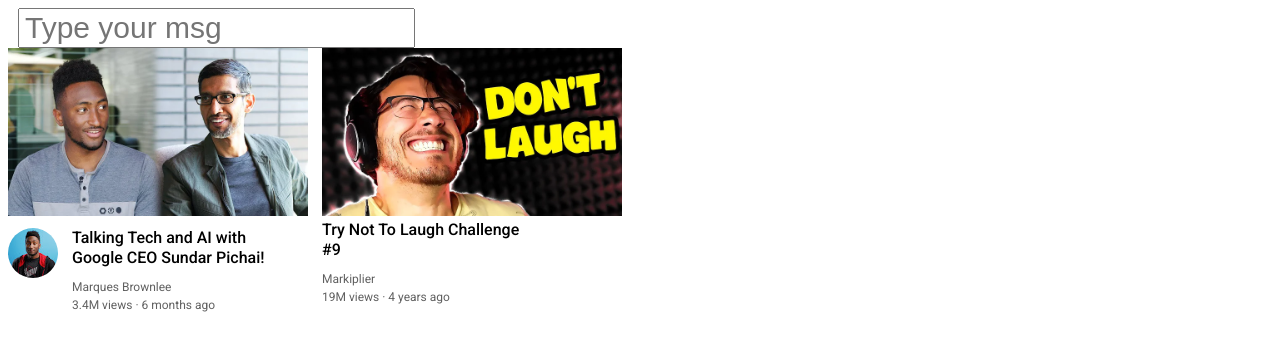
Repository: RagulRanjeeth/Frontend
Page: CloneYoutube/index.html
An editor plug-in stored every save of this project. The page is shown before and after the next save, followed by the edit.
The browser window is 1280 px wide. The pictures show the whole page.

Above is the page before, as saved 2026-01-23 15:23:19.

After the next save:
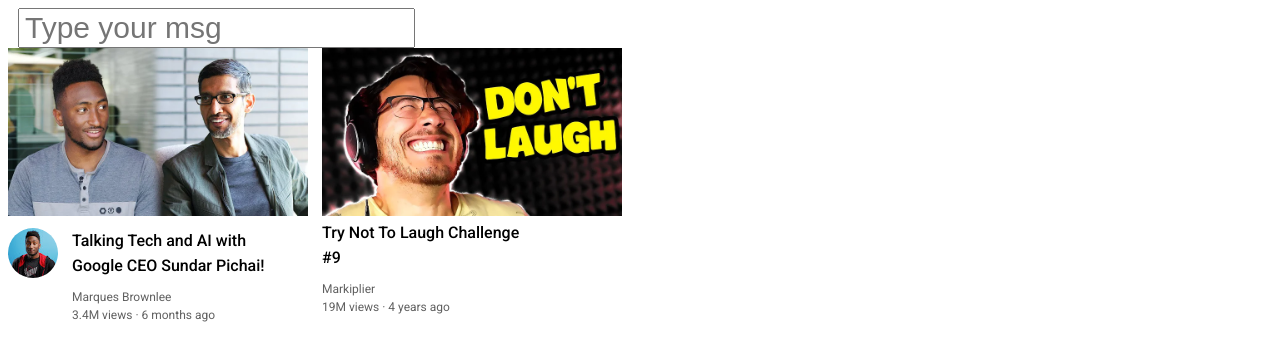
Saved 7 s later.
--- a/CloneYoutube/Styles.css
+++ b/CloneYoutube/Styles.css
@@ -22,7 +22,7 @@
     font-weight: 500;
     color: rgb(0, 0, 0);
     width: 200px;
-    line-height:20px;
+    line-height:25px;
     margin-bottom: 5px;
     margin-top:0px;
 

After the save that followed:
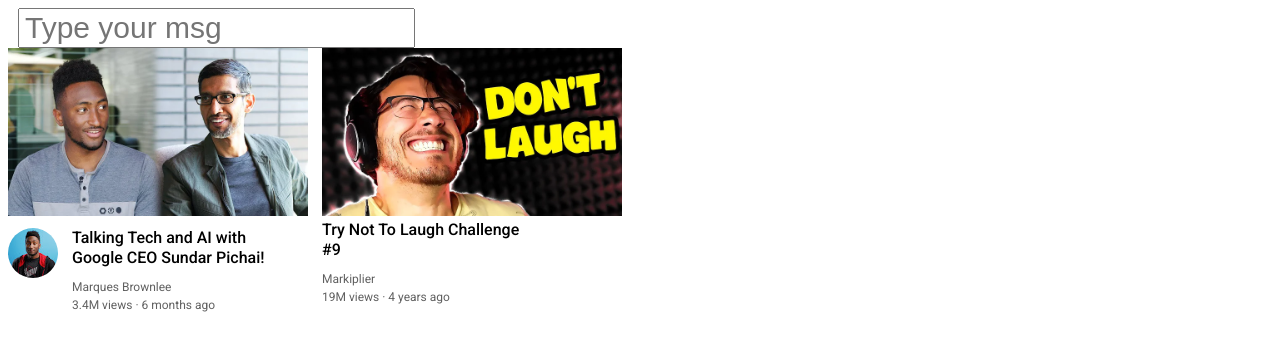
Saved 8 s later.
--- a/CloneYoutube/Styles.css
+++ b/CloneYoutube/Styles.css
@@ -22,7 +22,7 @@
     font-weight: 500;
     color: rgb(0, 0, 0);
     width: 200px;
-    line-height:25px;
+    line-height:20px;
     margin-bottom: 5px;
     margin-top:0px;
 
